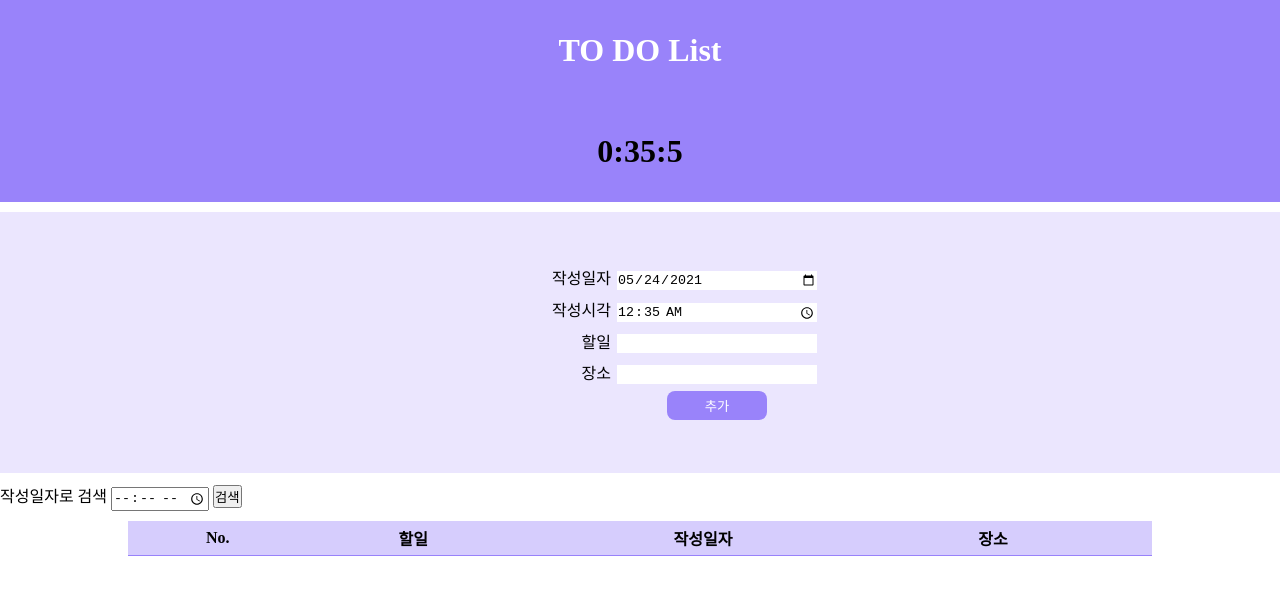
Repository: soyeon-noh/TodoList_Project
Page: http://localhost/Server_PR_TodoList/
These files come from the project's save history. The page is drawn as it stood at one moment and after the next save; the edit follows.
The browser window is 1280 px wide. The pictures show the whole page.
The page is served by Tomcat 9. Other server files are loaded and not shown. Queries for data that is not in the repository find no rows.

Above is the page before, as saved 2021-05-25 04:58:46.

### Server_PR_TodoList/src/main/webapp/WEB-INF/views/home.jsp
<%@ page language="java" contentType="text/html; charset=UTF-8"
    pageEncoding="UTF-8"%>
<%@ taglib uri="http://java.sun.com/jsp/jstl/core"
			prefix="c"%>
<c:set value="${pageContext.request.contextPath}"
		var="rootPath"/>
<!DOCTYPE html>
<html>
<head>
<meta charset="UTF-8">
<title>TODOList 메인화면</title>
<link href="${rootPath}/static/css/home.css?ver3" rel="stylesheet"/>

<style>

</style>


</head>
  <body>
  	<%@ include file="/WEB-INF/views/include_nav.jsp" %>
    <form class ="v1" method="POST">
    	<div>
    		<label for="date">작성일자</label>
    		<input name="td_date"
    				type="date" value="${TD.td_date}">
    	</div>

    	<div>
    		<label for="time">작성시각</label>
    		<input name="td_time"
    				type="time" value="${TD.td_time}">
    	</div>

    	<div>
    		<label for="todo">할일</label>
    		<input name="td_todo"
    				type="text" value="${TD.td_todo}">
    	</div>

    	<div>
    		<label for="place">장소</label>
    		<input name="td_place"
    				type="text" value="${TD.td_place}">
    	</div>
    	<div>
    		<label></label>
   			<button class="btn_insert" type="button">추가</button>
		</div>
    </form>

    <div class="select">
    	<label for="place">작성일자로 검색</label>
    	<input name="td_place" type="time">
    	<button type="button">검색</button>
    </div>

    <table id="tdlist">
      <tr>
        <th>No.</th>
        <th>할일</th>
        <th>작성일자</th>
        <th>장소</th>
        <th></th>
      </tr>
      <c:forEach items="${TDLIST}" var="TD" varStatus="i">
        <tr>
          <td>${i.count}</td>
          <td>${TD.td_todo}</td>
          <td>${TD.td_date}</td>
          <td>${TD.td_place}</td>
          <td><button class="btn_update" data-seq="${TD.td_seq}" type="button">
          		수정</button>
          		<button class="btn_delete" data-seq="${TD.td_seq}" type="button">
          		삭제</button></td>
        </tr>
      </c:forEach>
    </table>
  </body>

  <script>
  // html 코드가 다 화면에 뜨고 나서 실행하라는 명렁
  // 아래 한 줄의 코드가 있어야 어디든디 script를 넣을 수 있다.
	document.addEventListener("DOMContentLoaded",function(){

		document.querySelector("form.v1")
		.addEventListener("click", function(ev){
			let className = ev.target.className

			if(className == "btn_insert"){
				let td_todo = document.querySelector("input[name='td_todo']");
				if(td_todo.value == ""){
					alert("할 일은 반드시 입력해야합니다");
					td_todo.focus();
					return falsse;
				}

				document.querySelector("form.v1").submit();
			}
		})

		document.querySelector("table#tdlist")
		.addEventListener("click", function(ev){
			let className = ev.target.className



			if(className == "btn_delete"){

				let seq = ev.target.dataset.seq
				alert(seq + " 삭제가 완료되었습니다.");

				document
				.location
				.replace( "${rootPath}" +
						"/UD/delete?td_seq="
						+ seq )

			} else if(className == "btn_update"){

				let seq = ev.target.dataset.seq;

				document
				.location
				.href= "${rootPath}" +
						"/UD/update?td_seq="
						+ seq
			}

		})
	})
  </script>

</html>

### Server_PR_TodoList/src/main/webapp/WEB-INF/views/include_nav.jsp
<%@ page language="java" contentType="text/html; charset=UTF-8"
    pageEncoding="UTF-8"%>

<style>
	* {
		margin: 0;
		padding: 0;
		box-sizing: border-box;
	}

    h1.clock {
        color: black;
        text-align: center;
        background-color: rgba(153, 131, 250, 20);
        padding: 2rem;
    }

</style>
<h1>TO DO List</h1>
<h1 class="clock"></h1>
<h2 class="date"></h2>
<script>
	let date = document.querySelector(".date");

    function getDate(){
        const time = new Date();
        const year = time.getUTCFullYear();
        const month = time.getUTCMonth();
        const day = time.getUTCDay();
        date.textContent = year + "-" + month + "-" + day;
    }



	let clock = document.querySelector(".clock");

	function getTime() {
		  const time = new Date();
		  const hour = time.getHours();
		  const minutes = time.getMinutes();
		  const seconds = time.getSeconds();
		  clock.textContent = hour + ":" + minutes + ":" + seconds;


	}

	function init() {
	  setInterval(getTime, 1000);
	}

	init();
</script>

### Server_PR_TodoList/src/main/java/com/callor/todo/controller/HomeController.java
package com.callor.todo.controller;

import java.io.IOException;
import java.text.SimpleDateFormat;
import java.util.Date;
import java.util.List;

import javax.servlet.ServletException;
import javax.servlet.annotation.WebServlet;
import javax.servlet.http.HttpServlet;
import javax.servlet.http.HttpServletRequest;
import javax.servlet.http.HttpServletResponse;

import com.callor.todo.model.TodoListVO;
import com.callor.todo.service.TodoService;
import com.callor.todo.service.impl.TodoServiceImplV1;

@WebServlet("/")
public class HomeController extends HttpServlet{

	protected TodoService tdService;
	public HomeController() {
		tdService = new TodoServiceImplV1();
	}
	@Override
	protected void doGet(HttpServletRequest req, HttpServletResponse resp) throws ServletException, IOException {
		// TODO selectAll()
		List<TodoListVO> tdList = tdService.selectAll();
		req.setAttribute("TDLIST", tdList);

		// TODO insert()
		TodoListVO tdVO = new TodoListVO();

		// SimpleDateFormat : 날짜 및 시간을 형식화하고 구문 분석하는 메소드 제공
		SimpleDateFormat sd = new SimpleDateFormat("yyyy-MM-dd");
		SimpleDateFormat st = new SimpleDateFormat("HH:mm:ss");

		// 현재시간을 저장
		Date date = new Date(System.currentTimeMillis());

		// 현재 시간을 변환해 VO에 넣어준다
		tdVO.setTd_seq(0L);
		tdVO.setTd_date(sd.format(date));
		tdVO.setTd_time(st.format(date));

		req.setAttribute("TD", tdVO);

		// home.jsp 화면을 보여줘라
		RequestController.reqController(req, resp, "home");
	}
	@Override
	protected void doPost(HttpServletRequest req, HttpServletResponse resp) throws ServletException, IOException {
		// TODO insert()

		// 한글 인코딩 세팅
		req.setCharacterEncoding("UTF-8");

		// user가 입력한 data 확인
		String td_date = req.getParameter("td_date");
		String td_time = req.getParameter("td_time");
		String td_todo = req.getParameter("td_todo");
		String td_place = req.getParameter("td_place");

		TodoListVO tdVO = new TodoListVO();
		tdVO.setTd_date(td_date);
		tdVO.setTd_time(td_time);
		tdVO.setTd_todo(td_todo);
		tdVO.setTd_place(td_place);

		tdService.insert(tdVO);

		System.out.println("insert : " + tdVO);

		resp.sendRedirect("/todo");
	}

}

### Server_PR_TodoList/src/main/java/com/callor/todo/service/impl/TodoServiceImplV1.java
package com.callor.todo.service.impl;

import java.sql.Connection;
import java.sql.PreparedStatement;
import java.sql.ResultSet;
import java.sql.SQLException;
import java.util.ArrayList;
import java.util.List;

import com.callor.todo.config.DbInfo;
import com.callor.todo.config.MySQLConnection;
import com.callor.todo.model.TodoListVO;
import com.callor.todo.service.TodoService;

public class TodoServiceImplV1 implements TodoService{

	// 먼저 db와 연결
	protected Connection dbConn;

	public TodoServiceImplV1() {
		dbConn = MySQLConnection.getDBConnection();
	}


	protected List<TodoListVO> select(PreparedStatement pStr) throws SQLException{
		// TODO DB로부터 데이터를 받아와 List에 저장
		List<TodoListVO> tdList = new ArrayList<TodoListVO>();

		ResultSet rSet = pStr.executeQuery();
		while(rSet.next()) {
			TodoListVO tdVO = new TodoListVO();
			tdVO.setTd_seq(rSet.getLong(DbInfo.td_seq));
			tdVO.setTd_date(rSet.getString(DbInfo.td_date));
			tdVO.setTd_time(rSet.getString(DbInfo.td_time));
			tdVO.setTd_todo(rSet.getString(DbInfo.td_todo));
			tdVO.setTd_place(rSet.getString(DbInfo.td_place));
			tdList.add(tdVO);
		}

		// 데이터 확인
		System.out.println("select : " + tdList.toString());
		return tdList;
	}

	@Override
	public List<TodoListVO> selectAll() {
		// TODO List 전체 데이터 조회

		String sql = " SELECT * FROM tbl_todo_list ";
		sql += " ORDER BY td_date DESC, td_time DESC ";

		PreparedStatement pStr = null;

		try {
			pStr = dbConn.prepareStatement(sql);
			List<TodoListVO> tdList = this.select(pStr);
			pStr.close();

			System.out.println("selectAll : " + tdList.toString());
			return tdList;
		} catch (SQLException e) {
			// TODO Auto-generated catch block
			e.printStackTrace();
		}
		return null;
	}

	@Override
	public TodoListVO findById(Long seq) {
		// TODO 일련번호로 조회
		String sql = " SELECT * FROM tbl_todo_list ";
		sql += " WHERE td_seq = ? ";

		PreparedStatement pStr = null;

		try {
			pStr = dbConn.prepareStatement(sql);
			pStr.setLong(1, seq);

			List<TodoListVO> tdList = this.select(pStr);

			pStr.close();

			if(tdList != null && tdList.size() > 0) {
				return tdList.get(0);
			}


		} catch (SQLException e) {
			// TODO Auto-generated catch block
			e.printStackTrace();
		}
		return null;
	}

	@Override
	public List<TodoListVO> findByDate(String td_date) {
		// TODO 날짜로 조회
		String sql = " SELECT * FROM tbl_todo_list ";
		sql += " WHERE td_date = ? ";

		PreparedStatement pStr = null;

		try {
			pStr = dbConn.prepareStatement(sql);
			pStr.setString(1, td_date);

			List<TodoListVO> tdList = this.select(pStr);

			pStr.close();
			return tdList;

		} catch (SQLException e) {
			// TODO Auto-generated catch block
			e.printStackTrace();
		}
		return null;
	}

	@Override
	public List<TodoListVO> findByTodo(String td_todo) {
		// TODO 할일내용으로 조회
		return null;
	}

	@Override
	public List<TodoListVO> findByPlace(String td_place) {
		// TODO 장소로 조회
		return null;
	}

	@Override
	public Integer insert(TodoListVO tdVO) {
		// TODO 데이터 추가

		String sql = " INSERT INTO tbl_todo_list ";
		sql += " ( ";
		sql += " td_date, ";
		sql += " td_time, ";
		sql += " td_todo, ";
		sql += " td_place) ";
		sql += " VALUES( ?,?,?,? ) ";


		// SQL 구문을 실행시키는 객체
		PreparedStatement pStr = null;

		try {
			pStr = dbConn.prepareStatement(sql);
			pStr.setString(1, tdVO.getTd_date());
			pStr.setString(2, tdVO.getTd_time());
			pStr.setString(3, tdVO.getTd_todo());
			pStr.setString(4, tdVO.getTd_place());

			return pStr.executeUpdate();

		} catch (SQLException e) {
			// TODO Auto-generated catch block
			e.printStackTrace();
		}
		return null;
	}


	@Override
	public Integer update(TodoListVO tdVO) {
		// TODO 데이터 업데이트
		String sql = " UPDATE tbl_todo_list SET ";
		sql += " td_date = ?, ";
		sql += " td_time = ?, ";
		sql += " td_todo = ?, ";
		sql += " td_place = ? ";

		sql += " WHERE td_seq = ? ";

		PreparedStatement pStr = null;

		try {
			pStr = dbConn.prepareStatement(sql);
			pStr.setString(1, tdVO.getTd_date());
			pStr.setString(2, tdVO.getTd_time());
			pStr.setString(3, tdVO.getTd_todo());
			pStr.setString(4, tdVO.getTd_place());

			pStr.setLong(5, tdVO.getTd_seq());
			return pStr.executeUpdate();

		} catch (SQLException e) {
			// TODO Auto-generated catch block
			e.printStackTrace();
		}

		return null;
	}

	@Override
	public Integer delete(Long seq) {
		// TODO 데이터 삭제

		String sql = " DELETE FROM tbl_todo_list ";
		sql += "WHERE td_seq = ?";

		PreparedStatement pStr = null;

		try {
			pStr = dbConn.prepareStatement(sql);
			pStr.setLong(1, seq);
			return pStr.executeUpdate();

		} catch (SQLException e) {
			// TODO Auto-generated catch block
			e.printStackTrace();
		}
		return null;
	}
}

### Server_PR_TodoList/src/main/java/com/callor/todo/config/MySQLConnection.java
package com.callor.todo.config;

import java.sql.Connection;
import java.sql.DriverManager;
import java.sql.SQLException;

public class MySQLConnection {

	private static Connection dbConn;

	static {

		String jdbcDriver = "com.mysql.cj.jdbc.Driver";
		String url = "jdbc:mysql://localhost:3306/todolist";
		String username = "tdUser";
		String password = "12345";

		try {
			Class.forName(jdbcDriver);
			if(dbConn == null) {
				dbConn = DriverManager.getConnection(url, username, password);
			}
			System.out.println("MySQL 접속 성공!!");
		} catch (ClassNotFoundException e) {
			System.out.println("MySQL Driver 를 찾을 수 없음");
		} catch (SQLException e) {
			System.out.println("MySQL DBMS 연결 실패");
		}
	}

	public static Connection getDBConnection() {
		return dbConn;
	}

}

### Server_PR_TodoList/src/main/java/com/callor/todo/model/TodoListVO.java
package com.callor.todo.model;

import lombok.AllArgsConstructor;
import lombok.Getter;
import lombok.NoArgsConstructor;
import lombok.Setter;
import lombok.ToString;

@Getter
@Setter
@ToString
@NoArgsConstructor
@AllArgsConstructor
public class TodoListVO {

	private Long td_seq;	//BIGINT
    private String td_date;	//VARCHAR(20)
    private String td_time;	//VARCHAR(20)
	private String td_todo;	//VARCHAR(200)
    private String td_place;	//VARCHAR(125)
}

### Server_PR_TodoList/src/main/java/com/callor/todo/controller/RequestController.java
package com.callor.todo.controller;

import java.io.IOException;

import javax.servlet.ServletException;
import javax.servlet.http.HttpServlet;
import javax.servlet.http.HttpServletRequest;
import javax.servlet.http.HttpServletResponse;

public class RequestController extends HttpServlet{

	public static void reqController (HttpServletRequest req,
			HttpServletResponse resp, String file) throws ServletException, IOException {

		String root = "/WEB-INF/views/" + file + ".jsp";

		req.getRequestDispatcher(root)
		.forward(req, resp);


	}

}

### Server_PR_TodoList/src/main/webapp/static/css/home.css
@charset "UTF-8";

/* 여백 초기화 */
* {
	margin: 0;
	padding: 0;
	box-sizing: border-box;
}

h1 {
	color: white;
	text-align: center;
	background-color: rgba(153,131,250,1);
	padding: 2rem;

}

form.v1 {
	background-color: rgba(153,131,250,0.2);
	padding: 3rem 5rem 3rem 5rem;
	margin: 10px auto;
}

form.v1 div {
	text-align: center;
	margin: 5px;
}

form.v1 div label{
	display: inline-block;

	width: 150px;
	text-align: right;
}

form.v1 input{
	width: 200px;
	border: 1px;
	height: 1.2rem;
	margin: 2px;
}

form.v1 div button{
		outline: 0;
		border: 0;
		width: 100px;
		color: white;
		padding: 5px;
		background-color: rgba(153,131,250,1);
		border-radius: 8px;


}

table {
	border-collapse: collapse;
	width: 80%;
	margin: 10px auto;
}

td, th {
	border-bottom: 1px solid #9882FA;
	padding: 5px;
	text-align: center;
}

th {
	background-color: rgba(153,131,250,0.4);
}

After the next save:
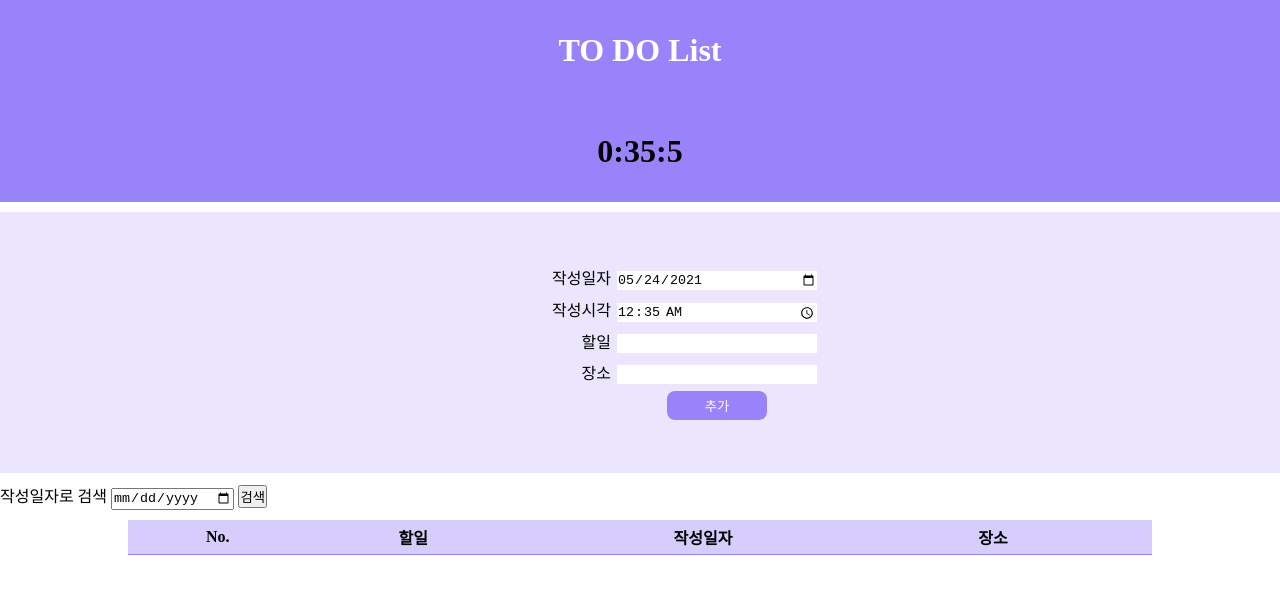
Saved 13 s later.
--- a/Server_PR_TodoList/src/main/webapp/WEB-INF/views/home.jsp
+++ b/Server_PR_TodoList/src/main/webapp/WEB-INF/views/home.jsp
@@ -51,7 +51,7 @@
 
     <div class="select">
     	<label for="place">작성일자로 검색</label>
-    	<input name="td_place" type="time">
+    	<input name="td_place" type="date">
     	<button type="button">검색</button>
     </div>
 
